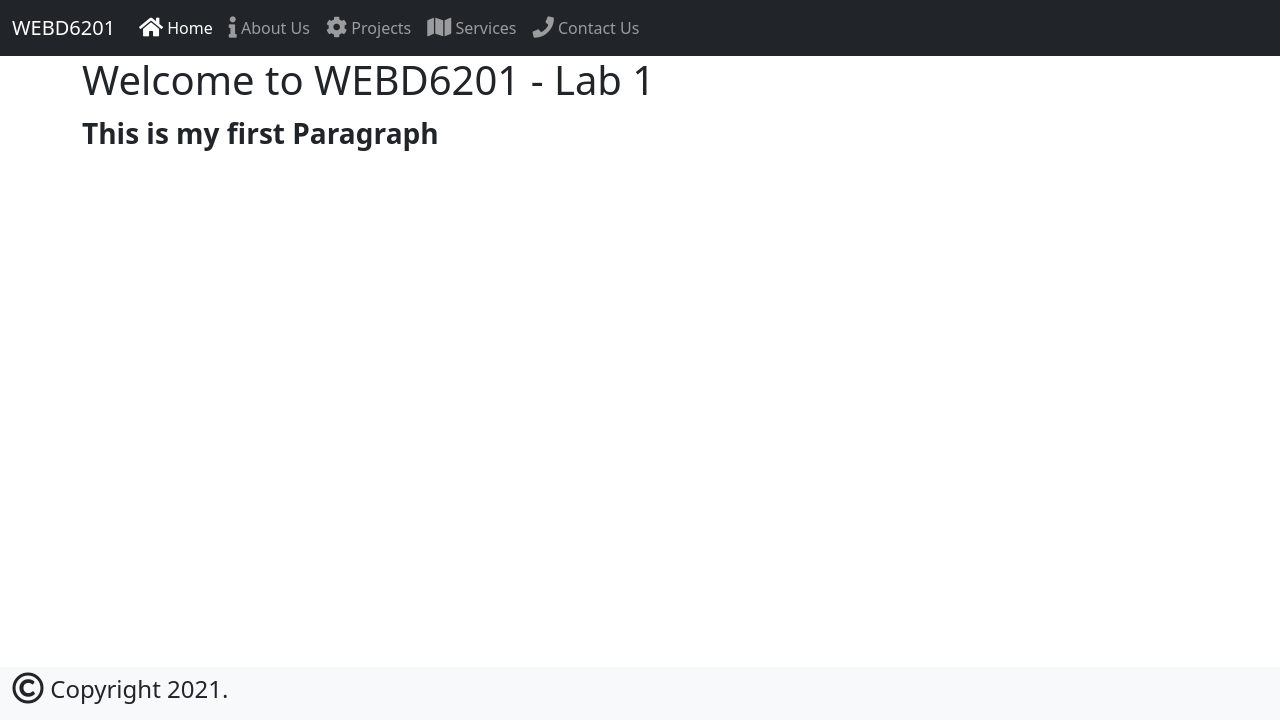
Repository: GarlicButterBoy/WEBD6201-ICE05
Page: index.html
An editor plug-in stored every save of this project. The page is shown before and after the next save, followed by the edit.
The browser window is 1280 px wide. The pictures show the whole page.

Above is the page before, as saved 2021-02-17 09:24:38.

### index.html
<!DOCTYPE html>
<html lang="en">
<head>
    <meta charset="UTF-8">
    <meta name="viewport" content="width=device-width, initial-scale=1.0">
    <title>Home</title>
    <!-- CSS Section -->
    <link rel="stylesheet" href="./node_modules/bootstrap/dist/css/bootstrap.min.css">
    <link rel="stylesheet" href="./node_modules/@fortawesome/fontawesome-free/css/all.min.css">
    <link rel="stylesheet" href="./Content/app.css">
</head>
<body>
    <!-- Main Header -->
    <header>
        <!-- Main Navigation -->
        <nav class="navbar navbar-expand-lg navbar-dark bg-dark">
            <div class="container-fluid">
              <a class="navbar-brand" href="index.html">WEBD6201</a>
              <button class="navbar-toggler" type="button" data-bs-toggle="collapse" data-bs-target="#navbarSupportedContent" aria-controls="navbarSupportedContent" aria-expanded="false" aria-label="Toggle navigation">
                <span class="navbar-toggler-icon"></span>
              </button>
              <div class="collapse navbar-collapse" id="navbarSupportedContent">
                <ul class="navbar-nav me-auto mb-2 mb-lg-0">
                  <li class="nav-item">
                    <a class="nav-link active" aria-current="page" href="index.html"><i class="fas fa-home fa-lg"></i> Home</a>
                  </li>

                  <li class="nav-item">
                    <a class="nav-link" aria-current="page" href="about.html"><i class="fas fa-info fa-lg"></i> About Us</a>
                  </li>

                  <li class="nav-item">
                    <a class="nav-link" aria-current="page" href="projects.html"><i class="fas fa-cog fa-lg"></i> Projects</a>
                  </li>

                  <li class="nav-item">
                    <a class="nav-link" aria-current="page" href="services.html"><i class="fas fa-map fa-lg"></i> Services</a>
                  </li>

                  <li class="nav-item">
                    <a class="nav-link" aria-current="page" href="contact.html"><i class="fas fa-phone fa-lg"></i> Contact Us</a>
                  </li>

                </ul>
              </div>
            </div>
          </nav>
    </header>

    <!-- Main Content -->
    <main class="container">
        <h1>Welcome to WEBD 6201</h1>
        <button>Click here</button>
        <p id="paragraphOne"></p>
    </main>

    <!-- Main Footer -->
    <footer>
        <nav class="navbar fixed-bottom navbar-light bg-light">
            <div class="container-fluid">
              <h4><i class="far fa-copyright fa-lg"></i> Copyright 2021.</h4>
            </div>
          </nav>
    </footer>

    <!-- Script Section-->
    <script src="./node_modules/jquery/dist/jquery.min.js"></script>
    <script src="./node_modules/bootstrap/dist/js/bootstrap.bundle.min.js"></script>
    <script src="./Scripts/namespace.js"></script>
    <script src="./Scripts/app.js"></script>
</body>
</html>

### Content/app.css
/* custom css goes here */
.input-group-addon:first-child
{
    border-right: 0;
}

.input-group-addon
{
    padding: 6px 12px;
    font-size: 14px;
    font-weight: 400;
    line-height: 1;
    text-align: center;
    border: 1px solid darkgrey;
    border-radius: 4xpx;
}

.input-group-addon .fa
{
    font-size: 18px;
}

.input-group .form-control
{
    position:relative;
    z-index: 2;
    float:left;
    width: 100%;
    margin-bottom: 0;
}

.input-group .form-control:last-child
{
    border-top-left-radius: 0;
    border-bottom-left-radius: 0;
}



.login
{
    padding: 2rem 1rem;
    margin-bottom: 2rem;
    background-color: lightgrey;
    border-radius: .3rem;
}

.login input
{
    background-color: white;
    border-color: darkgrey;
    border-radius: .4em;
    width: 100%;
}

### Scripts/namespace.js

//namespace core
let core;

### Scripts/app.js
/* custom JavaScript goes here */

//IIFE - Immediately Invoked Function Expression
//AKA - Anonymous Self-Executing Function
//Closure - limits scope leak

"use strict";
/* Example of a class being created with brand new functions
let myContact =
{
  "firstName":"Nick SF",
  "contactNumber":"905-123-4567",
  "emailAddress":"email@test.com",
  "saysHello":function() { console.log(`${fullName} says Hello!`); },
  "someOtherObject":{  "friendsList":["Tony", "Stephen", "Peter"]  }

};*/

((core) =>
{
    function displayHome()
    {
/*
      $("button").on("mouseover", function(){
        console.log("JQuery Click");
      });

      let myButton = document.querySelectorAll("button")[1];
      myButton.addEventListener("click", () => {
        console.log("Button Clicked!");
      });
*/
      //console.log(myButton);

        let paragraphOneText =
          "This is a simple site to demonstrate DOM Manipulation for ICE 1";

        let paragraphOneElement = document.getElementById("paragraphOne");

        paragraphOneElement.textContent = paragraphOneText;
        paragraphOneElement.className = "fs-5";

        // Step 1. document.createElement
        let newParagraph = document.createElement("p");
        // Step 2. configure the element
        newParagraph.setAttribute("id", "paragraphTwo");
        newParagraph.textContent = "...And this is paragraph two";
        // Step 3. select the parent element
        let mainContent = document.getElementsByTagName("main")[0];
        // Step 4. Add / Insert the element
        mainContent.appendChild(newParagraph);

        newParagraph.className = "fs-6";

        // another way of injecting content
        let paragraphDiv = document.createElement("div");
        let paragraphThree = `<p id="paragraphThree" class="fs-7 fw-bold">And this is the Third Paragraph</p>`;
        paragraphDiv.innerHTML = paragraphThree;

        // insertions

        // example of inserting before a node
        //newParagraph.before(paragraphDiv);

        // example of inserting after a node
        newParagraph.after(paragraphDiv);

        // deletions

        // example of removing a single element
        //paragraphOneElement.remove();

        // example of removeChild
        mainContent.removeChild(paragraphOneElement);

        // update / modification
        //mainContent.firstElementChild.textContent = "Welcome Home!";

        mainContent.innerHTML = `<h1 id="firstHeading">Welcome to WEBD6201 - Lab 1</h1>
         <p id="paragraphOne" class="fs-3 fw-bold">This is my first Paragraph</p>
        `;

    }

    function displayAbout()
    {

    }

    function displayProjects()
    {

    }

    function displayServices()
    {

    }

    function displayContact()
    {
        TestFullName();
        TestContactNumber();
        TestEmailAddress();

        //let fullName = document.getElementById("fullName");
        //fullName.addEventListener("blur", function() {});

        $("#sendButton").on("click", (event)=>
        {
          if ($("#subscribeCheckbox")[0].checked)
          {
            let contact = new core.Contact(fullName.value, contactNumber.value, emailAddress.value);
            if(contact.serialize()) //checking if the serialized object exists
            {
              let key = contact.FullName.substring(0, 1) + Date.now();

              localStorage.setItem(key, contact.serialize());
            }
          }
        });


    }
    function displayContactList()
    {
      /*
      //Step 1: Create an XHR Object
      let XHR = new XMLHttpRequest();

      //Step 2: Open the connection to file/url
      XHR.open("GET", "./Data/contacts.json");

      //Step 3: Send request to the server
      XHR.send();

      //Step 4: Listen for a response
      XHR.addEventListener("readystatechange", function()
      {
        let contactData = "";
        //Step 5: Ensure the server is ready and there are no errors
        if (XHR.readyState === 4 && XHR.status === 200)
        {
          let contacts = JSON.parse(XHR.responseText).contacts;


          let contactIndex = 0;

          //Step 6: Do something with the data
          for (const contact of contacts)
          {

            let newContact = new core.Contact();
            newContact.fromJSON(contact);

            contactData += `<tr>
                    <th scope="row">${contactIndex}</th>
                    <td>${newContact.FullName}</td>
                    <td>${newContact.ContactNumber}</td>
                    <td>${newContact.EmailAddress}</td>
                    <td class="text-center"><button class="btn btn-primary btn-sm edit" value="${contactIndex}"><i class="fas fa-sm fa-edit"></i> Edit</button></td>
                    <td class="text-center"><button class="btn btn-warning btn-sm delete" value="${contactIndex}"><i class="fas fa-sm fa-trash-alt"></i> Delete</button></td>
                    </tr>`;
            contactIndex++;
          }
          //console.log(JSON.parse(XHR.responseText));


        }

      });
      */
      //console.log("outside the event listener" + XHR.responseText);

      if(localStorage.length > 0)
      {
        let contactList = document.getElementById("contactList");

        let data = "";
        let keys = Object.keys(localStorage);

        let index = 1;

        for (const key of keys)
        {
          console.log(key);
          let contactData = localStorage.getItem((key).toString());

          console.log(contactData);

          let contact = new core.Contact();
          contact.deserialize(contactData);

          data += `<tr>
                  <th scope="row">${index}</th>
                  <td>${contact.FullName}</td>
                  <td>${contact.ContactNumber}</td>
                  <td>${contact.EmailAddress}</td>
                  <td class="text-center"><button class="btn btn-primary btn-sm edit" value="${key}"><i class="fas fa-sm fa-edit"></i> Edit</button></td>
                  <td class="text-center"><button class="btn btn-warning btn-sm delete" value="${key}"><i class="fas fa-sm fa-trash-alt"></i> Delete</button></td>
                  </tr>`;
          index++;
        }

        contactList.innerHTML = data;
        //TODO: Create an Edit page
        $("button.edit").on("click", function()
        {
          location.href = "edit.html#" + $(this).val();
        });


        $("button.delete").on("click", function()
        {
          if(confirm("Are you sure?"))
          {
            localStorage.removeItem($(this).val());
          }
          location.href = "contact-list.html";
        });

        $("#addButton").on("click", function()
        {
          location.href = "edit.html";
        })
      }


    }
    function displayEdit()
    {

      let key = location.hash.substring(1);

      let contact = new core.Contact();

      //Simple check to ensure the key is not empty
      if(key != "")
      {
        //get contact info from localStorage
        contact.deserialize(localStorage.getItem(key));
        //Display contact info
        $("#fullName").val(contact.FullName);
        $("#contactNumber").val(contact.ContactNumber);
        $("#emailAddress").val(contact.EmailAddress);
      }
      else
      {
        //modify the page so its an add, not an edit
        $("main>h1").text("Add Contact");
        $("#editButton").html(`<i class="fas fa-plus-square fa-lg"></i> Add`)

      }

      TestFullName();
      TestContactNumber();
      TestEmailAddress();

      //Edit Button
      $("#editButton").one("click", function()
      {

        if (document.forms[0].checkValidity())
        {
          //If key is empty, make new one
        if (key == "")
        {
          key = contact.FullName.substring(0, 1) + Date.now();
        }

        //Update the contact info using the newly typed data
        contact.FullName = $("#fullName").val();
        contact.ContactNumber = $("#contactNumber").val();
        contact.EmailAddress = $("#emailAddress").val();

        //Update localStorage
        localStorage.setItem(key, contact.serialize());
         //Navigate back to the contact-list.html
         location.href = "contact-list.html";
        }

      });
      //Cancel Button
      $("#cancelButton").on("click", function()
      {
        //return to contact-list.html
        location.href = "contact-list.html";
      });

    }

    function TestContactNumber()
    {
      let messageArea = $("#messageArea");
      let contactNumberPattern = /^(\+\d{1,2}\s)?\(?\d{3}\)?[\s.-]\d{3}[\s.-]\d{4}$/;
      // form validation
      $("#contactNumber").on("blur", function()
      {


        if(!contactNumberPattern.test($(this).val()))
          {
              //JQuery example of the lines below
             $(this).trigger("focus").trigger("select");
             messageArea.show().addClass("alert alert-danger").text("Please enter a valid phone number.");
          }
          else
          {
             //JQuery example of the line below
              messageArea.removeAttr("class").hide();
             //messageArea.hidden = true;
             //messageArea.removeAttribute("class");
          }
      });
    }

    function TestEmailAddress()
    {
      let messageArea = $("#messageArea");
      let emailAddressPattern = /^([a-zA-Z0-9._%-]+@[a-zA-Z0-9.-]+\.[a-zA-Z]{2,6})*$/;
      // form validation
      $("#emailAddress").on("blur", function()
      {


        if(!emailAddressPattern.test($(this).val()))
          {
              //JQuery example of the lines below
             $(this).trigger("focus").trigger("select");
             messageArea.show().addClass("alert alert-danger").text("Please enter a valid email address.");
          }
          else
          {
             //JQuery example of the line below
              messageArea.removeAttr("class").hide();
             //messageArea.hidden = true;
             //messageArea.removeAttribute("class");
          }
      });
    }

    function TestFullName()
    {
      //This is the same as below
      let messageArea = $("#messageArea").hide();
      let fullNamePattern = /([A-Z][a-z]{1,25})+(\s|,|-)([A-Z][a-z]{1,25})+(\s|,|-)*/;
      // form validation
      $("#fullName").on("blur", function()
      {


        if(!fullNamePattern.test($(this).val()))
          {
              //JQuery example of the lines below
             $(this).trigger("focus").trigger("select");
             messageArea.show().addClass("alert alert-danger").text("Please enter a valid Full Name. Must have a first and last name, starting with capital letters.");
          }
          else
          {
             //JQuery example of the line below
              messageArea.removeAttr("class").hide();
             //messageArea.hidden = true;
             //messageArea.removeAttribute("class");
          }
      });
  }

  function displayLogin()
  {

  }

  function displayRegister()
  {

  }

    function Start()
    {
        console.log("App Started...");




        switch (document.title)
        {
          case "Home":
              displayHome();
            break;
          case "About":
              displayAbout();
            break;
          case "Projects":
              displayProjects();
            break;
          case "Services":
              displayServices();
            break;
          case "Contact":
              displayContact();
            break;
          case "Contact-List":
              displayContactList();
              break;
          case "Edit":
              displayEdit();
            break;
          case "Login":
              displayLogin();
            break;
          case "Register":
              displayRegister();
            break;
        }

    }

    window.addEventListener("load", Start);

    core.Start = Start;


})  (core || (core={}));

Loaded but not shown: node_modules/bootstrap/dist/css/bootstrap.min.css (library); node_modules/@fortawesome/fontawesome-free/css/all.min.css (library); node_modules/jquery/dist/jquery.min.js (library); node_modules/bootstrap/dist/js/bootstrap.bundle.min.js (library)

After the next save:
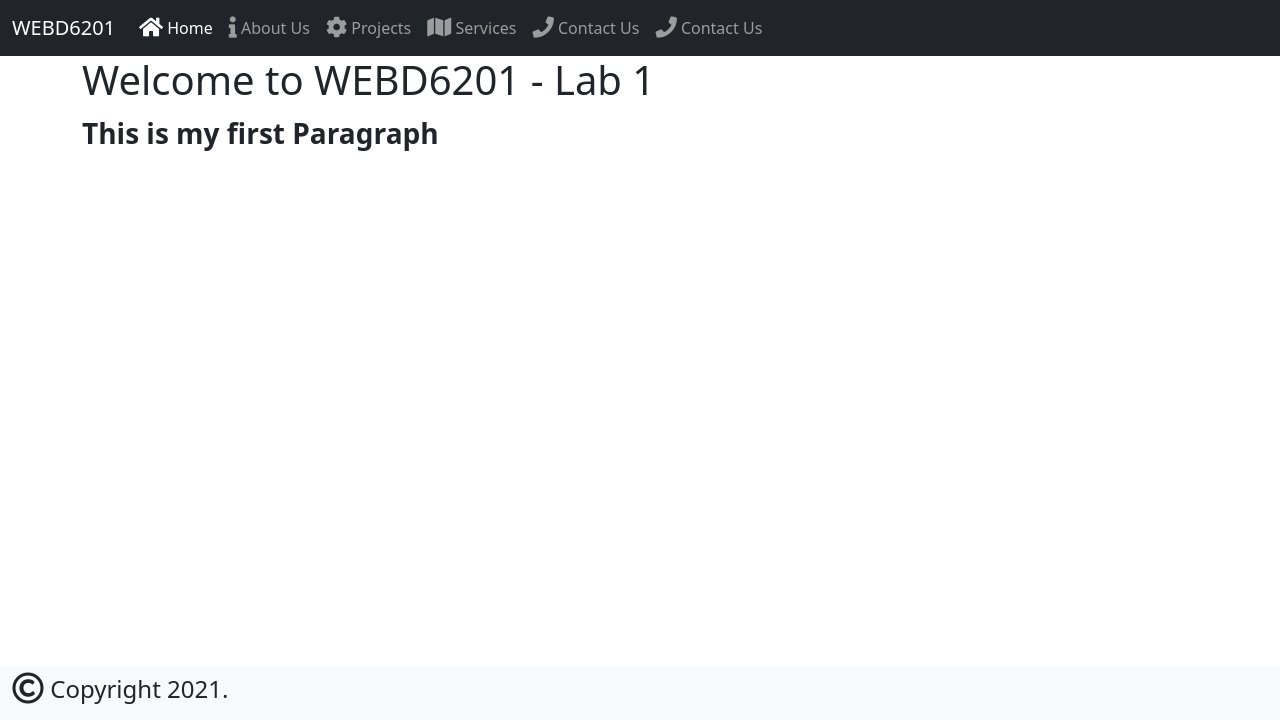
Saved 20 s later.
--- a/index.html
+++ b/index.html
@@ -40,7 +40,9 @@
                   <li class="nav-item">
                     <a class="nav-link" aria-current="page" href="contact.html"><i class="fas fa-phone fa-lg"></i> Contact Us</a>
                   </li>
-
+                  <li class="nav-item">
+                    <a class="nav-link" aria-current="page" href="contact.html"><i class="fas fa-phone fa-lg"></i> Contact Us</a>
+                  </li>
                 </ul>
               </div>
             </div>
